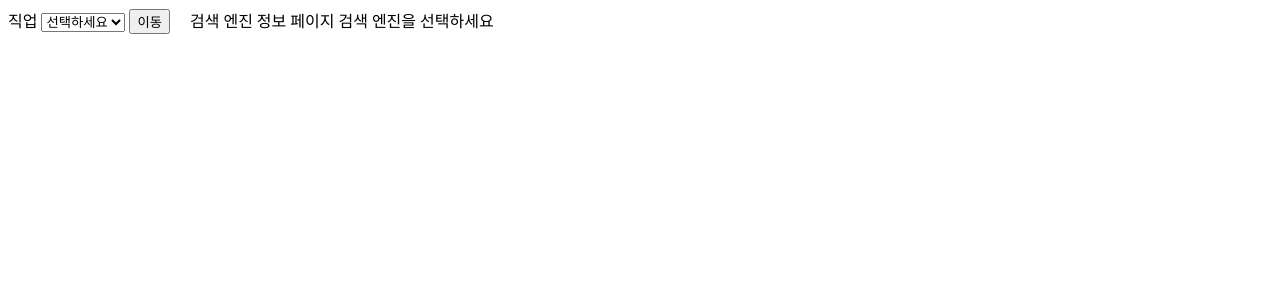
Repository: hii9505/DB_engineering_education
Page: http://localhost/Web_Study_04/transfer.jsp
An editor plug-in stored every save of this project. The page is shown before and after the next save, followed by the edit.
The browser window is 1280 px wide. The pictures show the whole page.
The page is served by Tomcat 9.

Above is the page before, as saved 2021-05-21 08:38:37.

After the next save:
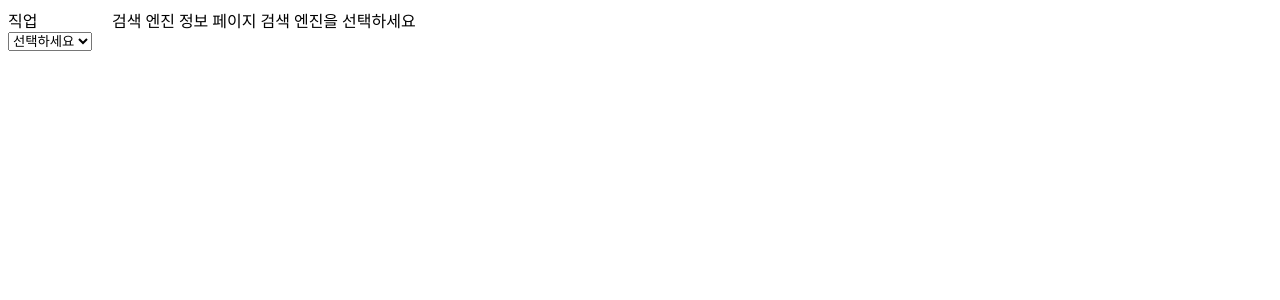
Saved 7 min 32 s later.
--- a/eclipse-workspace/Web_Study_04/src/main/webapp/transfer.jsp
+++ b/eclipse-workspace/Web_Study_04/src/main/webapp/transfer.jsp
@@ -11,6 +11,7 @@
 
 검색 엔진을 선택하세요
 		<span style="float: left; margin-right: 20px"> <label for="job">직업</label>
+		<form action="site_move.jsp" value = 전송>
 			<select name="jump" onchange="location.href=this.value">
 				<option value="">선택하세요</option>
 				<option value="http://www.naver.com">네이버</option>
@@ -18,7 +19,7 @@
 				<option value="http://www.google.com">구글</option>
 				<option value="http://kakaoocorp.com">카카오</option>
 			</select>
-			<input type="button" value="이동"></input>
+		</form>
 
 </body>
 </html>
